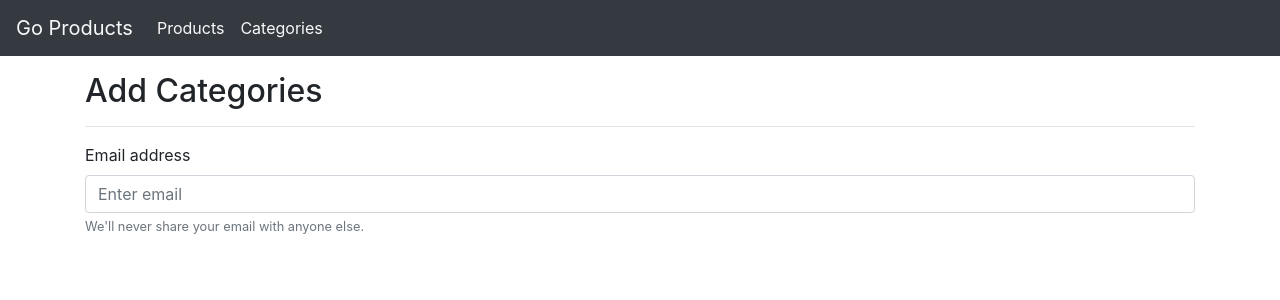
Repository: Nouthemoran/go-web-native-crud
Page: views/category/create.html
These files come from the project's save history. The page is drawn as it stood at one moment and after the next save; the edit follows.
The browser window is 1280 px wide. The pictures show the whole page.

Above is the page before, as saved 2023-10-05 15:11:45.

After the next save:
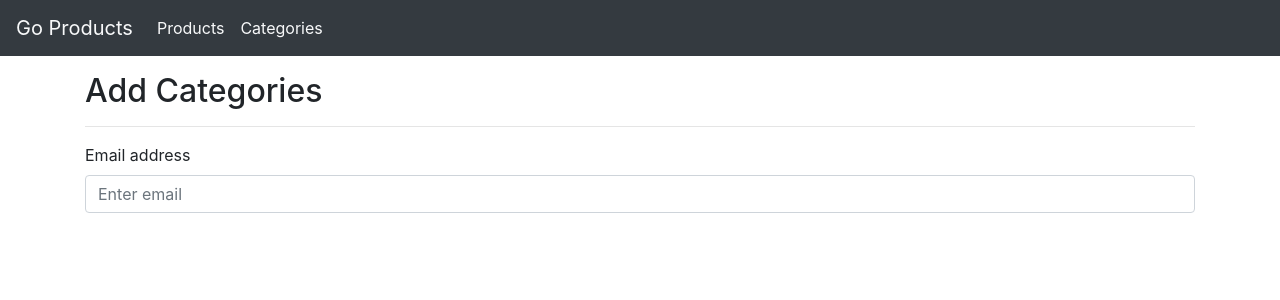
Saved 44 min 21 s later.
--- a/views/category/create.html
+++ b/views/category/create.html
@@ -38,7 +38,7 @@
             <div class="form-group">
                 <label for="exampleInputEmail1">Email address</label>
                 <input type="email" class="form-control" id="exampleInputEmail1" aria-describedby="emailHelp" placeholder="Enter email">
-                <small id="emailHelp" class="form-text text-muted">We'll never share your email with anyone else.</small>
+
               </div>
         </form>
     </div>
